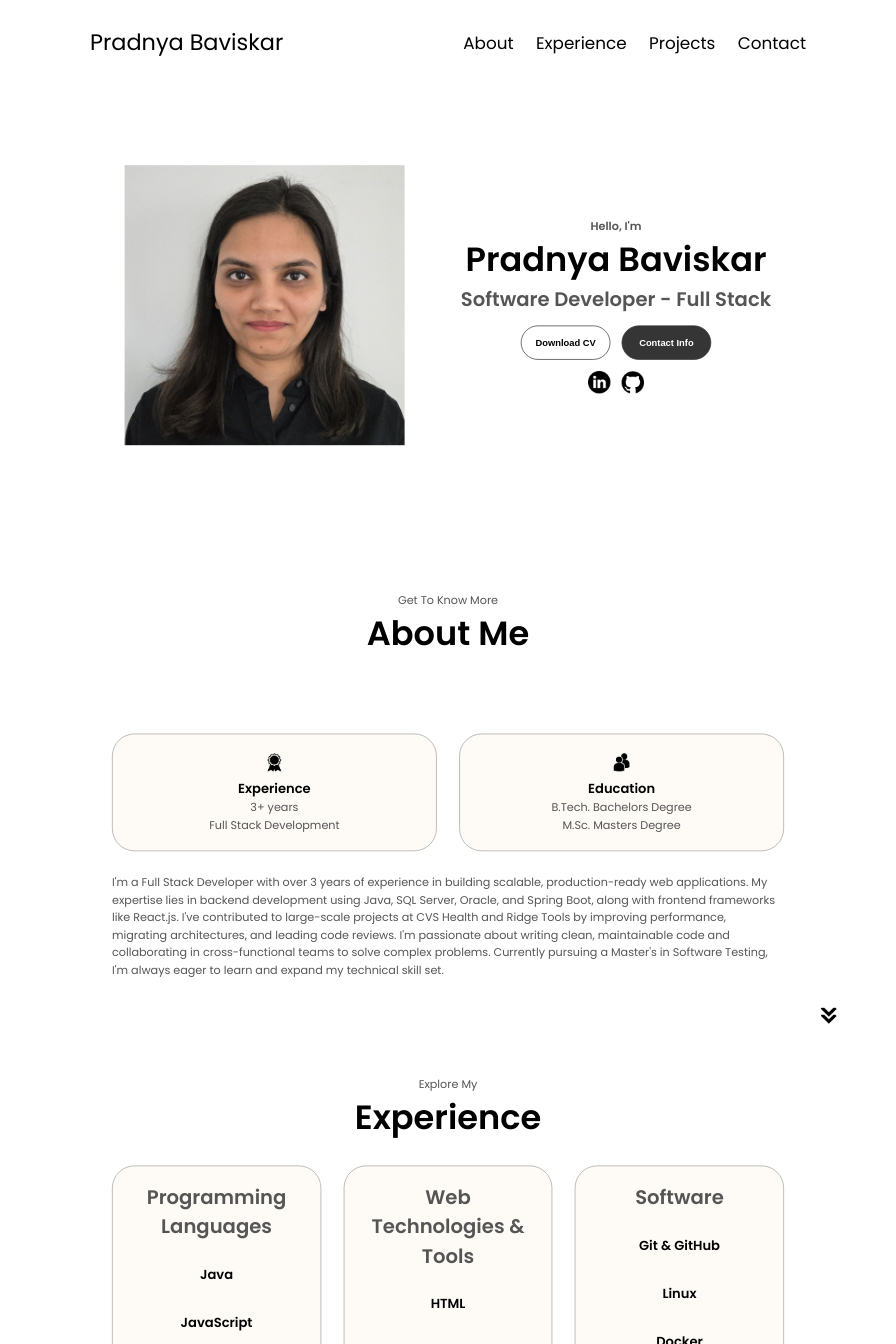
Repository: Pradnya-07/Portfolio-Pradnya
Page: index.html
An editor plug-in stored every save of this project. The page is shown before and after the next save, followed by the edit.
The browser window is 1280 px wide. The pictures show the part of the page from y = 0 to 1920 px (the page is 4473 px tall), at 70% of full size.

Above is the page before, as saved 2025-04-25 20:18:33.

After the next save:
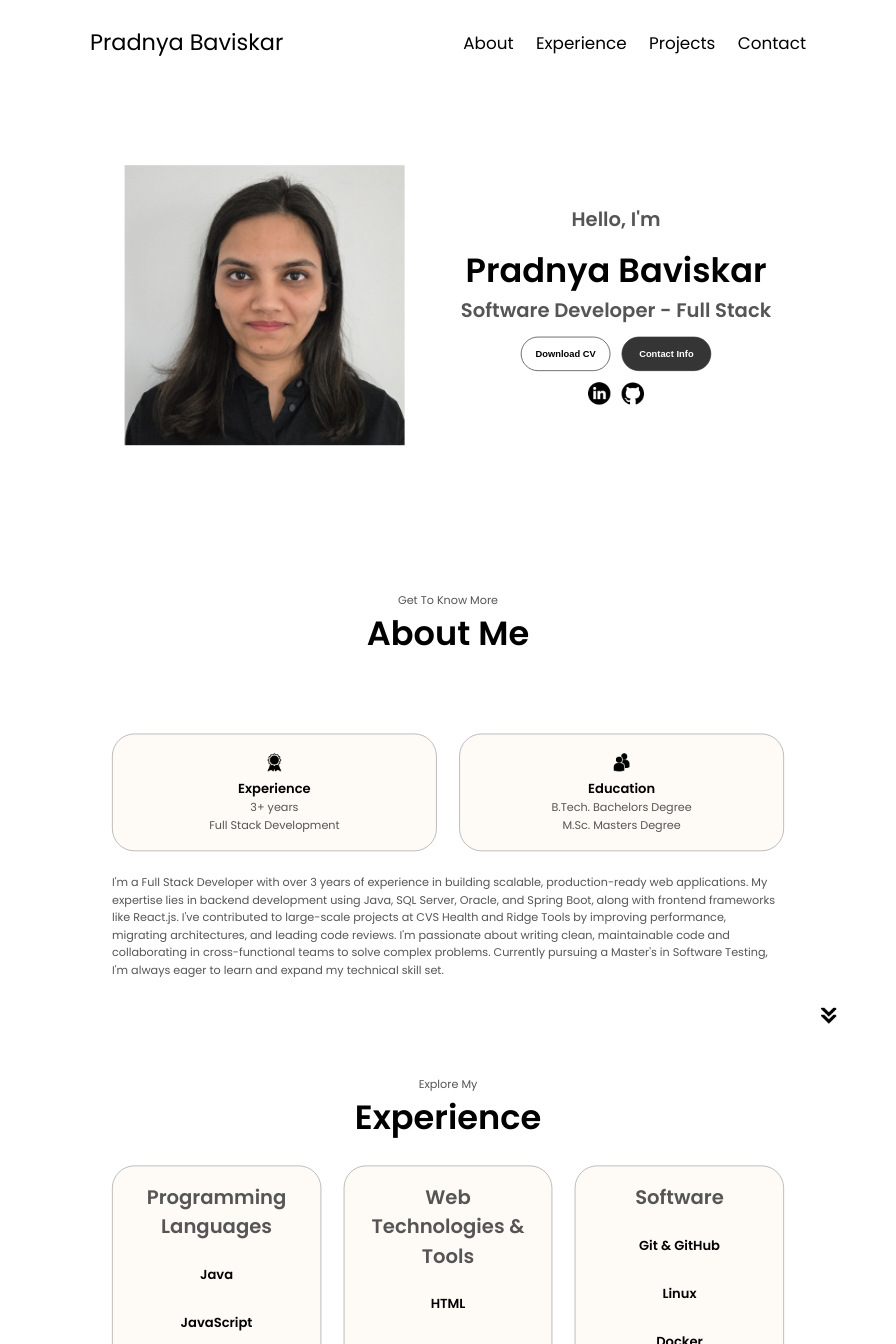
Saved 58 s later.
--- a/index.html
+++ b/index.html
@@ -41,7 +41,7 @@
         <img src="./assets/profile-pic.JPG" alt="Pradnya Baviskar profile picture" />
       </div>
       <div class="section__text">
-        <p class="section__text__p1">Hello, I'm</p>
+        <p class="section__text__p2">Hello, I'm</p>
         <h1 class="title">Pradnya Baviskar</h1>
         <p class="section__text__p2">Software Developer - Full Stack</p>
         <div class="btn-container">
